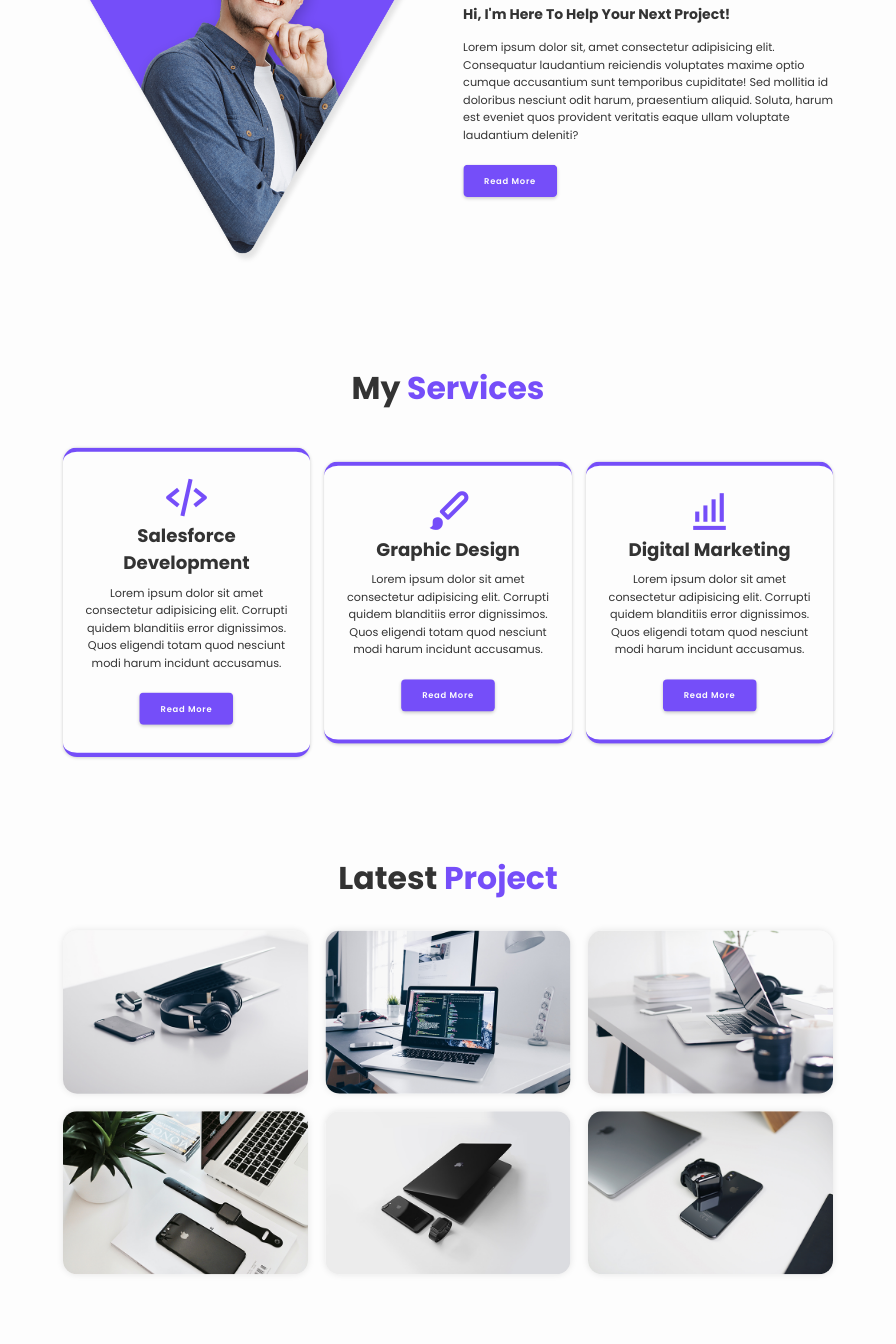
Repository: Gabi-Augusto/Portfolio
Page: index.html
These files come from the project's save history. The page is drawn as it stood at one moment and after the next save; the edit follows.
The browser window is 1280 px wide. The pictures show the part of the page from y = 989 to 2909 px (the page is 2909 px tall), at 70% of full size.
The pointer rests on the first visible `.portfolio-box`.

Above is the page before, as saved 2023-11-29 19:24:53.

After the next save:
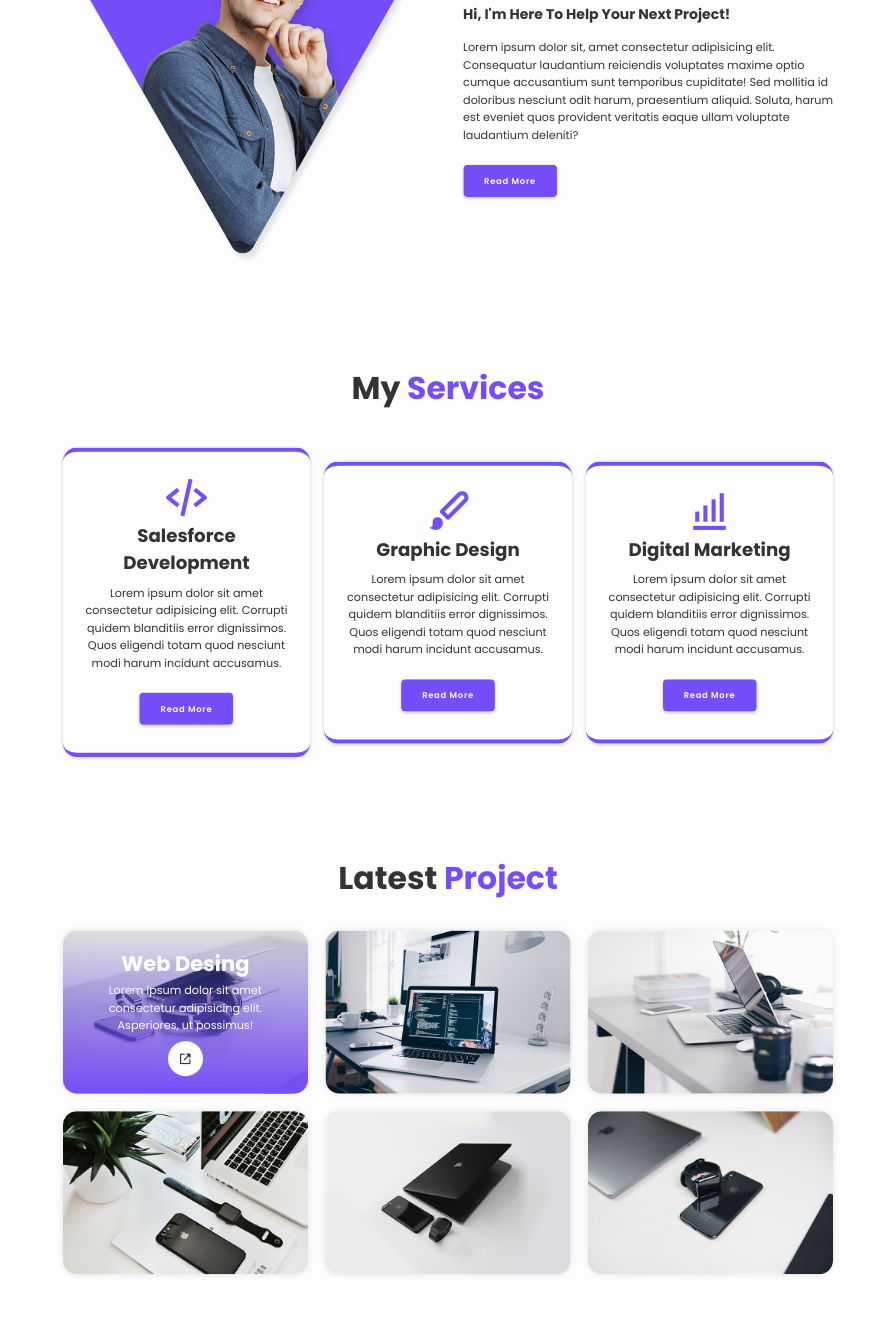
Saved 82 s later.
--- a/css/style.css
+++ b/css/style.css
@@ -387,6 +387,10 @@ span {
     opacity: 0;
 }
 
+.portfolio-box:hover .portfolio-layer {
+    opacity: 1;
+}
+
 .portfolio-layer h4 {
     font-size: 3rem;
 }
